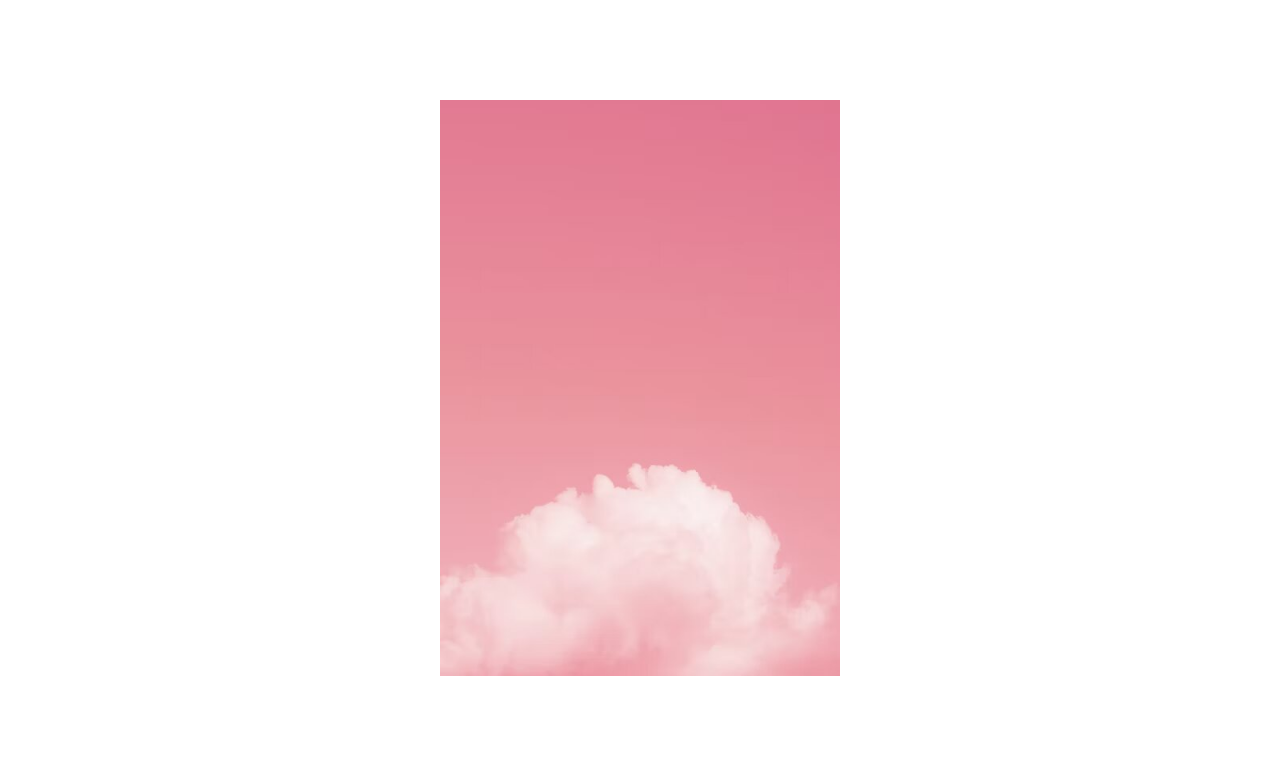
Repository: asya-aisa/grocery-list
Page: /
These files come from the project's save history. The page is drawn as it stood at one moment and after the next save; the edit follows.
The browser window is 1280 px wide. The pictures show the whole page.
The project was rebuilt for these pictures with package versions that can differ from the ones it lists, and the page was loaded fresh each time.

Above is the page before, as saved 2023-07-14 14:45:34.

After the next save:
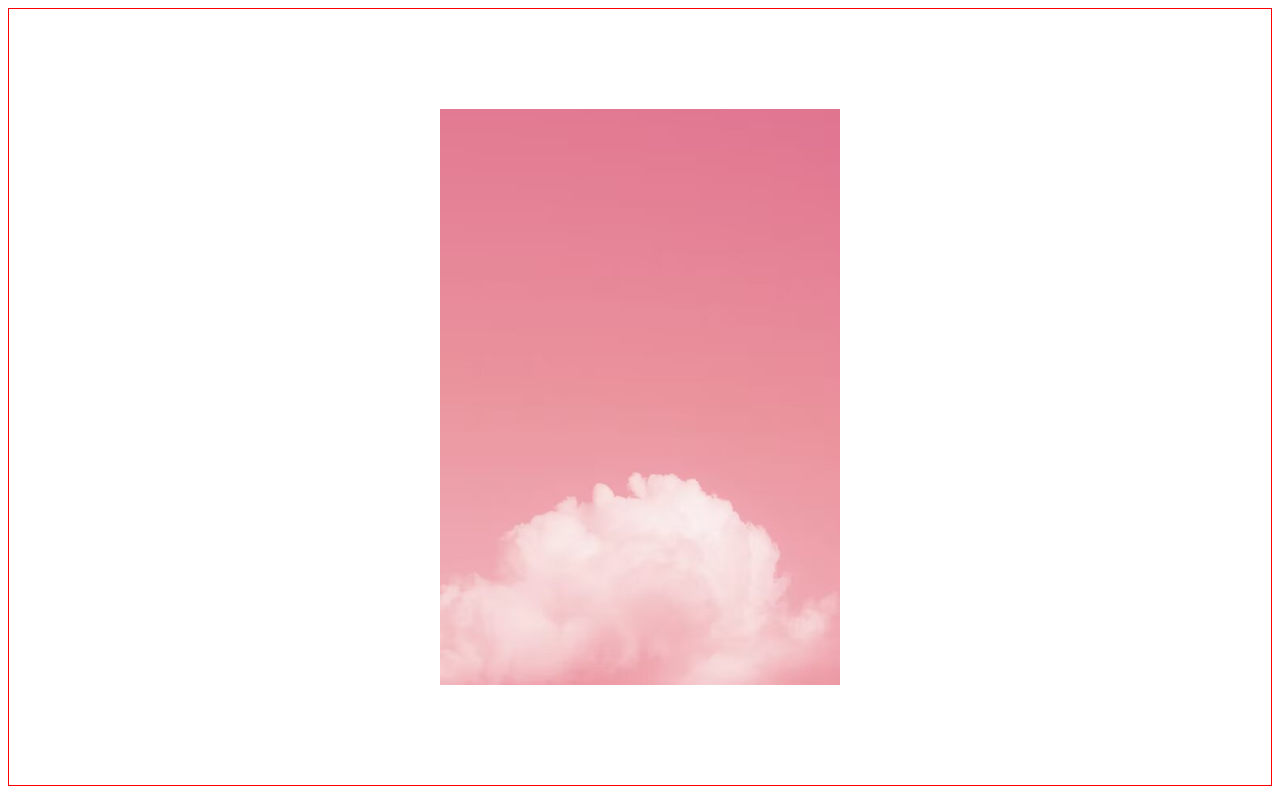
Saved 7 s later.
--- a/src/App.css
+++ b/src/App.css
@@ -8,5 +8,5 @@
   margin: 100px auto;
 }
 body {
-
+  border: 1px red solid;
 }
